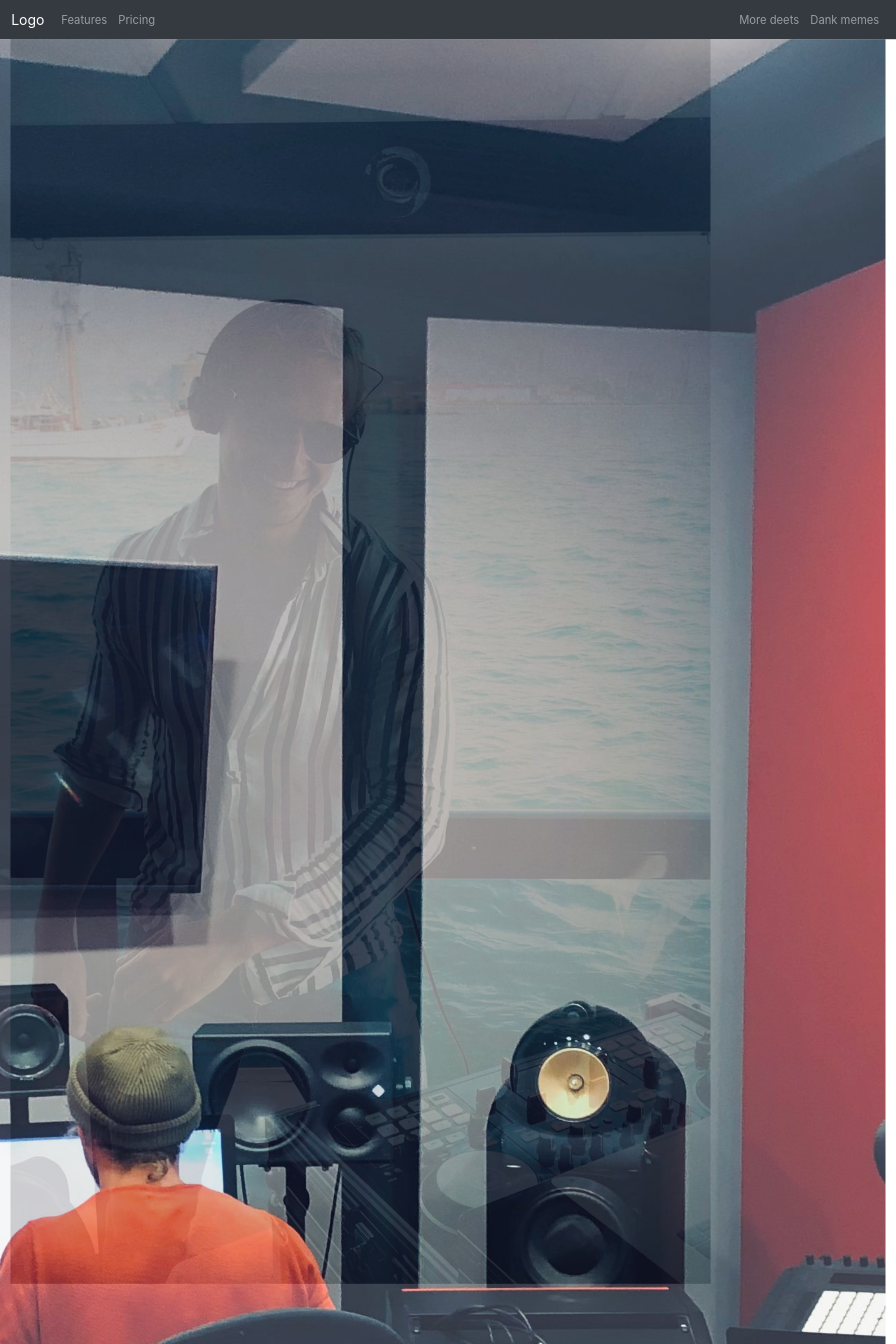
Repository: schweizercode/schweezzy
Page: /
An editor plug-in stored every save of this project. The page is shown before and after the next save, followed by the edit.
The browser window is 1280 px wide. The pictures show the part of the page from y = 0 to 1920 px (the page is 3007 px tall), at 70% of full size.
The project was rebuilt for these pictures with package versions that can differ from the ones it lists, and the page was loaded fresh each time.

Above is the page before, as saved 2021-04-14 15:17:50.

### public/index.html
<!DOCTYPE html>
<html lang="en">

<head>
  <meta charset="utf-8" />
  <link rel="icon" href="%PUBLIC_URL%/favicon.ico" />
  <meta name="viewport" content="width=device-width, initial-scale=1" />
  <meta name="theme-color" content="#000000" />
  <meta name="description" content="Web site created using create-react-app" />
  <link rel="apple-touch-icon" href="%PUBLIC_URL%/logo192.png" />
  <link rel="stylesheet" href="https://cdn.jsdelivr.net/npm/bootstrap@4.6.0/dist/css/bootstrap.min.css"
    integrity="sha384-B0vP5xmATw1+K9KRQjQERJvTumQW0nPEzvF6L/Z6nronJ3oUOFUFpCjEUQouq2+l" crossorigin="anonymous" />
  <!--
      manifest.json provides metadata used when your web app is installed on a
      user's mobile device or desktop. See https://developers.google.com/web/fundamentals/web-app-manifest/
    -->
  <link rel="manifest" href="%PUBLIC_URL%/manifest.json" />
  <!--
      Notice the use of %PUBLIC_URL% in the tags above.
      It will be replaced with the URL of the `public` folder during the build.
      Only files inside the `public` folder can be referenced from the HTML.

      Unlike "/favicon.ico" or "favicon.ico", "%PUBLIC_URL%/favicon.ico" will
      work correctly both with client-side routing and a non-root public URL.
      Learn how to configure a non-root public URL by running `npm run build`.
    -->
  <title>React App</title>
</head>

<body>
  <noscript>You need to enable JavaScript to run this app.</noscript>
  <div id="root"></div>
  <!--
      This HTML file is a template.
      If you open it directly in the browser, you will see an empty page.

      You can add webfonts, meta tags, or analytics to this file.
      The build step will place the bundled scripts into the <body> tag.

      To begin the development, run `npm start` or `yarn start`.
      To create a production bundle, use `npm run build` or `yarn build`.
    -->
</body>

</html>

### src/App.js
import React from 'react';
import './App.css';
import Navbar from './Navbar.js';
import Mainpage from './Mainpage.js';


function App() {
  return (
    <div className="App">
      <Navbar />
      <Mainpage />

    </div>
  );
}

export default App;

### src/Navbar.js
import { React } from 'react';
import * as ReactBootStrap from 'react-bootstrap';


function Nav() {
    return (

        <>
            <ReactBootStrap.Navbar collapseOnSelect expand="lg" bg="dark" variant="dark">
                <ReactBootStrap.Navbar.Brand href="#home">Logo</ReactBootStrap.Navbar.Brand>
                <ReactBootStrap.Navbar.Toggle aria-controls="responsive-navbar-nav" />
                <ReactBootStrap.Navbar.Collapse id="responsive-navbar-nav">
                    <ReactBootStrap.Nav className="mr-auto">
                        <ReactBootStrap.Nav.Link href="#features">Features</ReactBootStrap.Nav.Link>
                        <ReactBootStrap.Nav.Link href="#pricing">Pricing</ReactBootStrap.Nav.Link>
                        {/* <ReactBootStrap.NavDropdown title="Dropdown" id="collasible-nav-dropdown">
                            <ReactBootStrap.NavDropdown.Item href="#action/3.1">Action</ReactBootStrap.NavDropdown.Item>
                            <ReactBootStrap.NavDropdown.Item href="#action/3.2">Another action</ReactBootStrap.NavDropdown.Item>
                            <ReactBootStrap.NavDropdown.Item href="#action/3.3">Something</ReactBootStrap.NavDropdown.Item>
                            <ReactBootStrap.NavDropdown.Divider />
                            <ReactBootStrap.NavDropdown.Item href="#action/3.4">Separated link</ReactBootStrap.NavDropdown.Item>
                        </ReactBootStrap.NavDropdown> */}
                    </ReactBootStrap.Nav>
                    <ReactBootStrap.Nav>
                        <ReactBootStrap.Nav.Link href="#deets">More deets</ReactBootStrap.Nav.Link>
                        <ReactBootStrap.Nav.Link eventKey={2} href="#memes">
                            Dank memes
      </ReactBootStrap.Nav.Link>
                    </ReactBootStrap.Nav>
                </ReactBootStrap.Navbar.Collapse>
            </ReactBootStrap.Navbar>
        </>

    );
}

export default Nav;

### src/Mainpage.js
import React from 'react';
import img1 from './images/dj.jpg';
import img2 from './images/producer.jpg';




function Mainpage() {
    return (

        <div class='container-fluid'>
            <div class='row'>
                <div class='"col-md-3 col-sm-6 small-screen-margin-top"'>
                    <img src={img1} alt="" style={{ width: '1000px', float: 'left', opacity: '0.8' }} />

                </div>

                <div class='"col-md-3 col-sm-6 small-screen-margin-top"'>
                    <img src={img2} alt="" style={{ width: '1', float: 'right', opacity: '0.8' }} />
                </div>
            </div>
        </div>



    );
}



export default Mainpage;

Loaded but not shown: src/index.js (common file); src/index.css (common file); src/reportWebVitals.js (common file); src/App.css (common file)

After the next save:
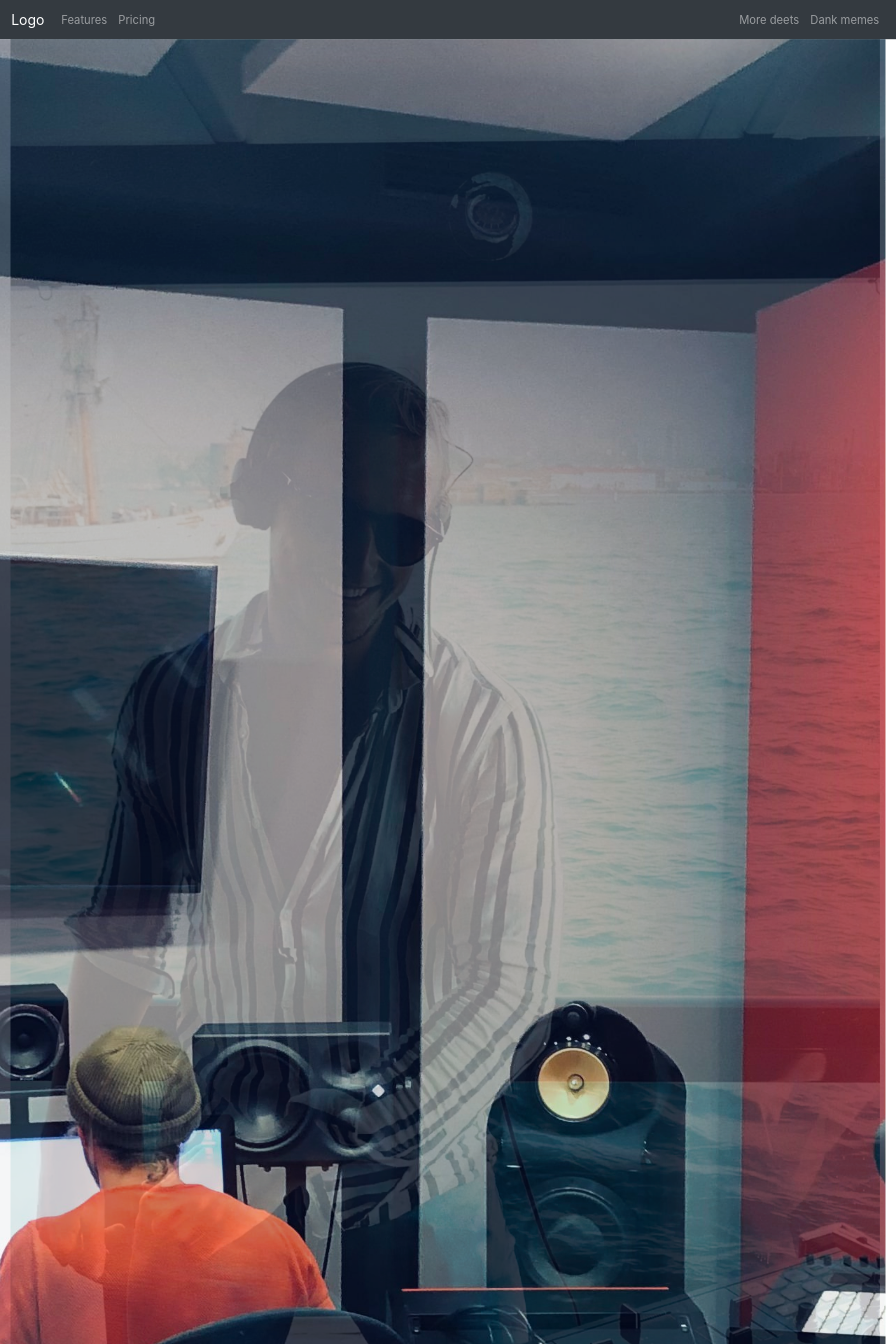
Saved 11 s later.
--- a/src/Mainpage.js
+++ b/src/Mainpage.js
@@ -11,7 +11,7 @@
         <div class='container-fluid'>
             <div class='row'>
                 <div class='"col-md-3 col-sm-6 small-screen-margin-top"'>
-                    <img src={img1} alt="" style={{ width: '1000px', float: 'left', opacity: '0.8' }} />
+                    <img src={img1} alt="" />
 
                 </div>
 

After the save that followed:
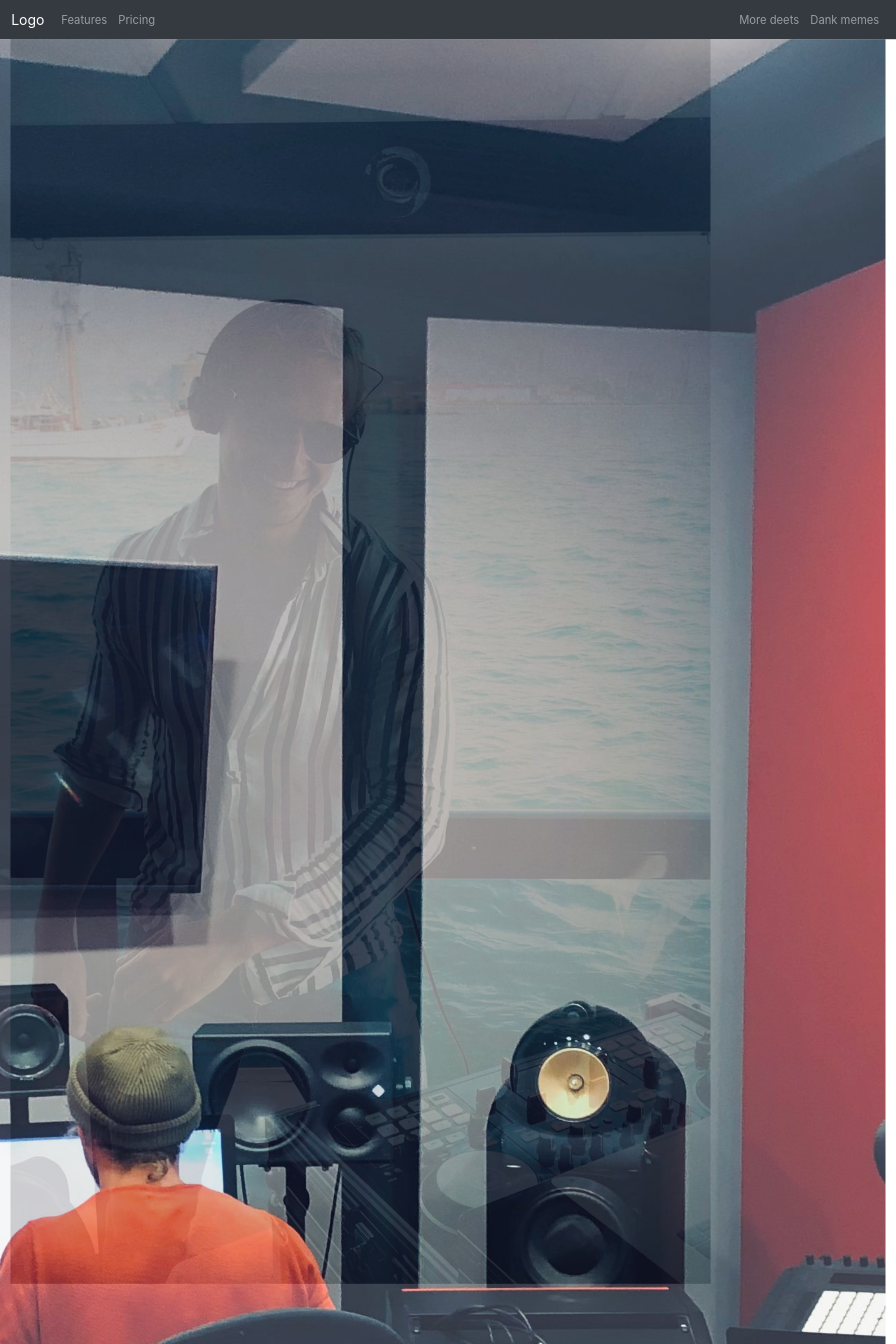
Saved 10 s later.
--- a/src/Mainpage.js
+++ b/src/Mainpage.js
@@ -11,7 +11,7 @@
         <div class='container-fluid'>
             <div class='row'>
                 <div class='"col-md-3 col-sm-6 small-screen-margin-top"'>
-                    <img src={img1} alt="" />
+                    <img src={img1} alt="" style={{ width: '1000px', float: 'left', opacity: '0.8' }} />
 
                 </div>
 
